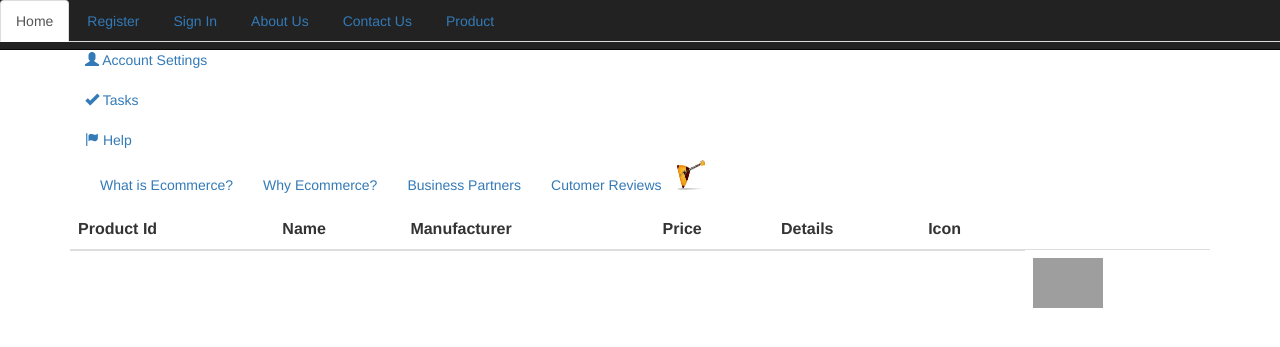
Repository: aradhana15/myFinalRepository
Page: http://localhost/music/WEB-INF/views/productDesc.jsp
The author's editor kept a copy of each file at every save. The page is drawn from the files as they stood at one save, then again after the next save.
The browser window is 1280 px wide. The pictures show the whole page.
The page is served by Tomcat 9. Nobody is signed in. The template is opened directly, without the code that normally fills it, so the values that code supplies are empty.

Above is the page before, as saved 2016-04-23 12:22:13.
Console error (its wording comes from the project's code and is left out).

After the next save:
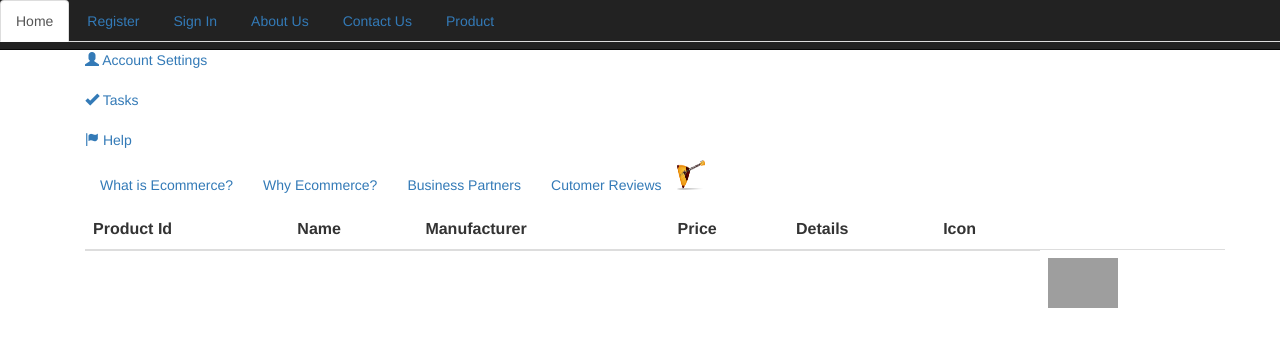
Saved 44 s later.
--- a/wwf/music/src/main/webapp/WEB-INF/views/header.jsp
+++ b/wwf/music/src/main/webapp/WEB-INF/views/header.jsp
@@ -9,7 +9,15 @@
 
 
 <div class="container">
+
 <div class="profile-usermenu">
+<div class="nav nav-pills">
+          <button type="button" class="navbar-toggle" data-toggle="collapse" data-target=".navbar-collapse">
+            <span class="sr-only">Toggle navigation</span>
+            <span class="icon-bar"></span>
+            <span class="icon-bar"></span>
+            <span class="icon-bar"></span>
+          </button>
                                 <ul class="nav">
                                     <li class="active">
                                         <a href="#">

After the save that followed:
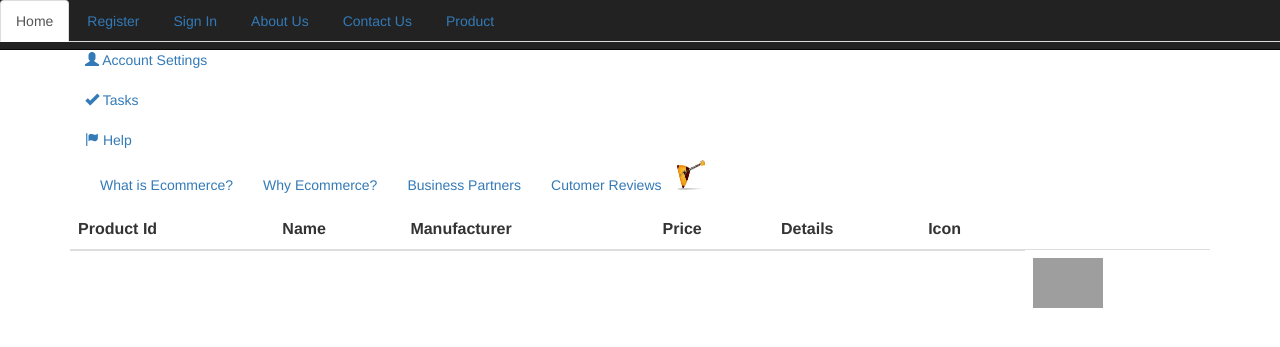
Saved 42 s later.
--- a/wwf/music/src/main/webapp/WEB-INF/views/header.jsp
+++ b/wwf/music/src/main/webapp/WEB-INF/views/header.jsp
@@ -37,14 +37,14 @@
                                     </li>
                                 </ul>
                             </div>
-   <div class="nav nav-pills">
+   <!-- <div class="nav nav-pills">
           <button type="button" class="navbar-toggle" data-toggle="collapse" data-target=".navbar-collapse">
             <span class="sr-only">Toggle navigation</span>
             <span class="icon-bar"></span>
             <span class="icon-bar"></span>
             <span class="icon-bar"></span>
           </button>
-           <!--  <a class="navbar-brand" href="#"> -->
+        -->    <!--  <a class="navbar-brand" href="#"> -->
          <!-- <img src="./resources/images/guitar.jpg/50/50/"/></a>-->
         </div>
         <div class="collapse navbar-collapse">
